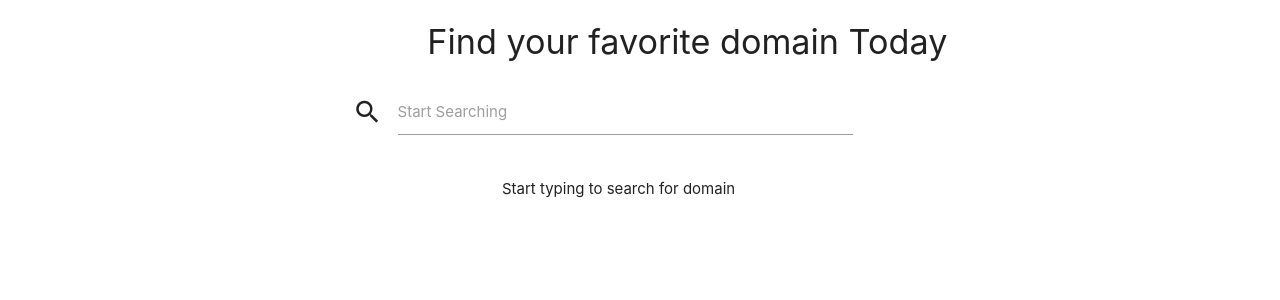
Repository: habib-urrehmaan/domain-name-searcher
Page: / (app in client/)
These files come from the project's save history. The page is drawn as it stood at one moment and after the next save; the edit follows.
The browser window is 1280 px wide. The pictures show the whole page.
The project was rebuilt for these pictures with package versions that can differ from the ones it lists, and the page was loaded fresh each time. Also part of the build but not shown: client/src/Suggested.js.

Above is the page before, as saved 2020-04-17 21:48:12.

After the next save:
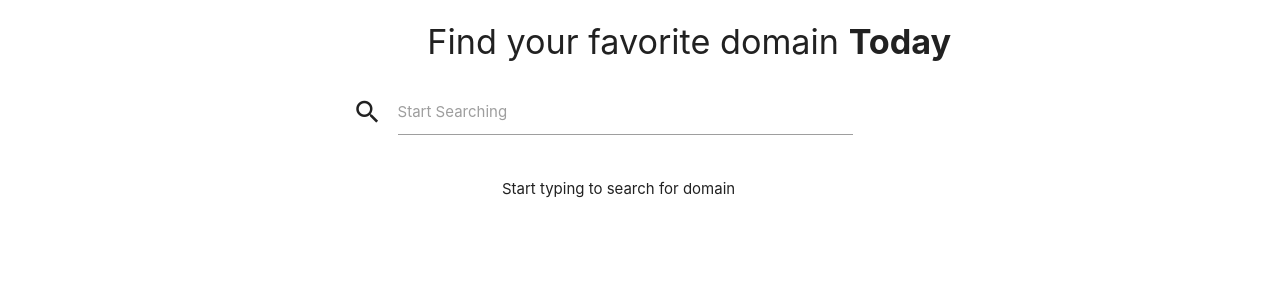
Saved 10 s later.
--- a/client/src/Search.js
+++ b/client/src/Search.js
@@ -29,7 +29,7 @@ class Search extends Component {
             <div>
                 <div className="row">
                     <div className="col offset-s3">
-                        <h4>Find your favorite domain Today</h4>
+                        <h4>Find your favorite domain <b>Today</b></h4>
                     </div>
                     <div className="input-field col s7 offset-s2">
                         <i className="material-icons prefix">search</i>
